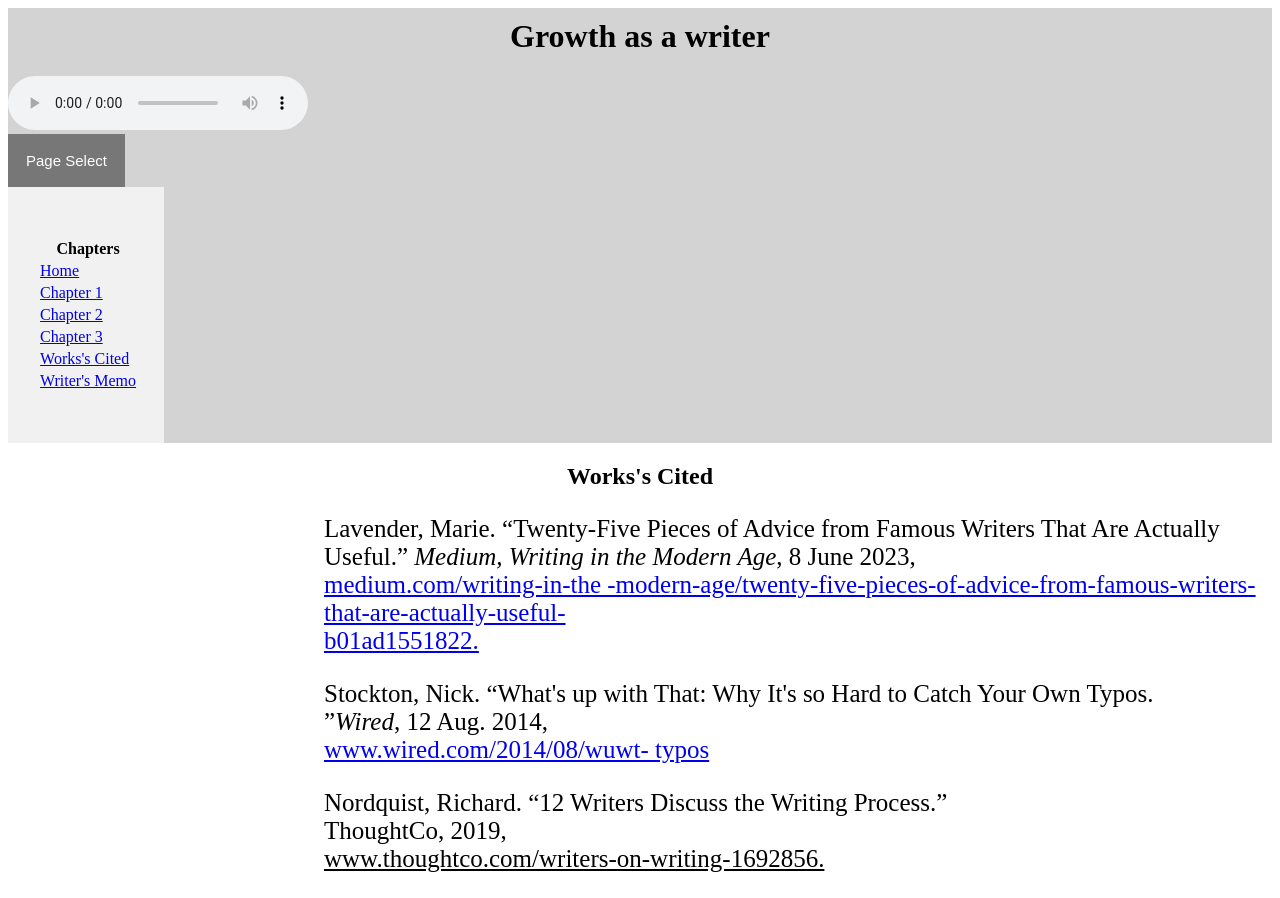
Repository: jpaisiem/WP-4
Page: WorksCited.html
The author's editor kept a copy of each file at every save. The page is drawn from the files as they stood at one save, then again after a run of saves.
The browser window is 1280 px wide. The pictures show the whole page.

Above is the page before, as saved 2025-05-01 12:28:31.
Console error: TypeError: Cannot read properties of undefined (reading 'toggle')

### WorksCited.html
<!DOCTYPE html>
<html>
<head>
<meta name="viewport" content="width=device-width, initial-scale=1">
<style>
.collapsible {
  background-color: #777;
  color: white;
  cursor: pointer;
  padding: 18px;
  width: fit-content;
  border: none;
  text-align: left;
  outline: none;
  font-size: 15px;
}

.active, .collapsible:hover {
  background-color: #555;
}

.content {
  display: flex;
  flex-direction: column;
  overflow: hidden;
  background-color: #f1f1f1;
  width: fit-content;
  height: fit-content;
  padding-left: 2.3%;
  padding-right: 2%;
}
p
{
 font-size: 25px;
 text-align: left;
 margin-left:25%;
}
li
{
 font-size: 25px;
 text-align: left;
 margin-left: 5%;

}
</style>
<title>Growth as a writer - Chapter 3</title>
</head>
<body>
    <div style="background-color: lightgray; display: flex; flex-direction: column; margin-top: 0%;">
        <h1 style="text-align: center; background-color: lightgray; padding-top: 10px; margin-top: 0%;">Growth as a writer</h1>
        <div style="align-items: center;">
        <audio controls>
            <source src="audio.mp3" type="audio/mpeg">
        </audio>
        </div>
<button type="button" class="collapsible">Page Select</button>
<div class="content">
  <p><table>
    <tr>
        <th>Chapters</th>
    </tr>
    <tr>
        <td><a href="index.html">Home</a></td>
    </tr>
    <tr>
        <td><a href="Chapter1.html">Chapter 1</a></td>
    </tr>
     <tr>
        <td><a href="Chapter2.html">Chapter 2</a></td>
    </tr>
    <tr>
        <td><a href="Chapter3.html">Chapter 3</a></td>
    </tr>
    <tr>
        <td><a href="WorksCited.html">Works&apos;s Cited</a></td>
    </tr>
    <tr>
        <td><a href="WritersMemo.html">Writer&apos;s Memo</a></td>
    </tr>
  </table></p>
</div>
    </div>
<div style="text-align: center;">
     <h2 style="text-align: center;">Works&apos;s Cited</h2>
     <p>
    Lavender, Marie. <q>Twenty-Five Pieces of Advice from Famous Writers That Are Actually <br>
    Useful.</q> <i>Medium, Writing in the Modern Age</i>, 8 June 2023,<br><a href="https://medium.com/writing-in-the-modern-age/twenty-five-pieces-of-advice-from-famous-writers-that-are-actually-useful-b01ad1551822">medium.com/writing-in-the
    -modern-age/twenty-five-pieces-of-advice-from-famous-writers-that-are-actually-useful-<br>
    b01ad1551822.</a></><br>
</p>
<p>
     Stockton, Nick. <q>What&apos;s up with That: Why It&apos;s so Hard to Catch Your Own
     Typos.<br></q><i>Wired</i>, 12 Aug. 2014, <br><a href="https://www.wired.com/2014/08/wuwt-typos/">www.wired.com/2014/08/wuwt-
     typos</a><br>
</p>
<p>
  Nordquist, Richard. <q>12 Writers Discuss the Writing Process.</q> <br>ThoughtCo, 2019,<br> <u>www.thoughtco.com/writers-on-writing-1692856.</u>
</p>
</div>
<script>
var coll = document.getElementsByClassName("collapsible");
var i;

for (i = 0; i < coll.length; i++) {
  coll[i].addEventListener("click", function() {
    this.classList.toggle("active");
    var content = this.nextElementSibling;
    if (content.style.display === "block") {
      content.style.display = "none";
    } else {
      content.style.display = "block";
    }
  });
}
if(location.reload){
    this.classList.toggle("collapsible");
}
</script>

</body>
</html>

After the next 3 saves:
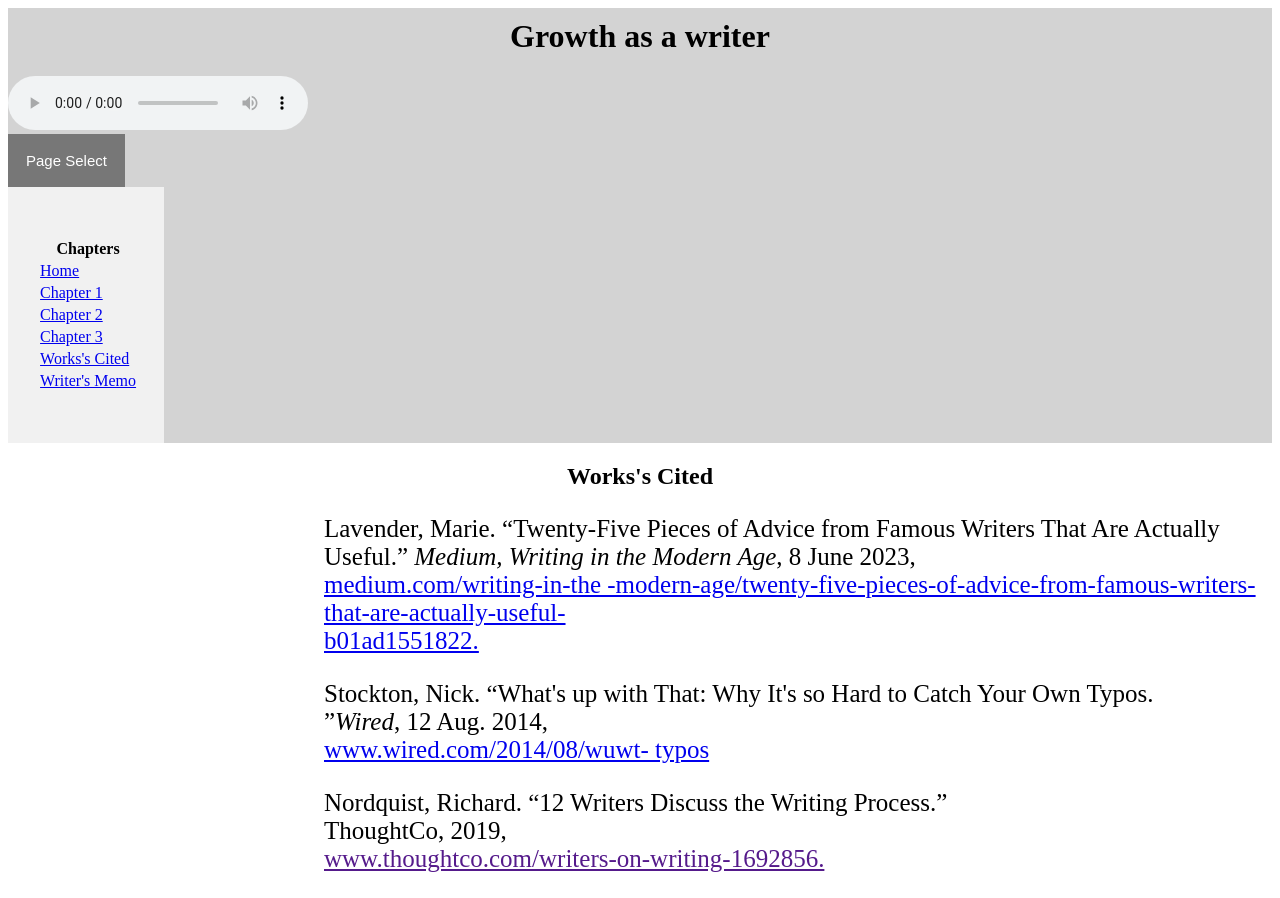
The 3 saves are shown as one change because they came seconds apart.
The last was saved 7 s later.
--- a/WorksCited.html
+++ b/WorksCited.html
@@ -94,7 +94,7 @@ li
      typos</a><br>
 </p>
 <p>
-  Nordquist, Richard. <q>12 Writers Discuss the Writing Process.</q> <br>ThoughtCo, 2019,<br> <u>www.thoughtco.com/writers-on-writing-1692856.</u>
+  Nordquist, Richard. <q>12 Writers Discuss the Writing Process.</q> <br>ThoughtCo, 2019,<br> <a href="">www.thoughtco.com/writers-on-writing-1692856.</a>
 </p>
 </div>
 <script>
